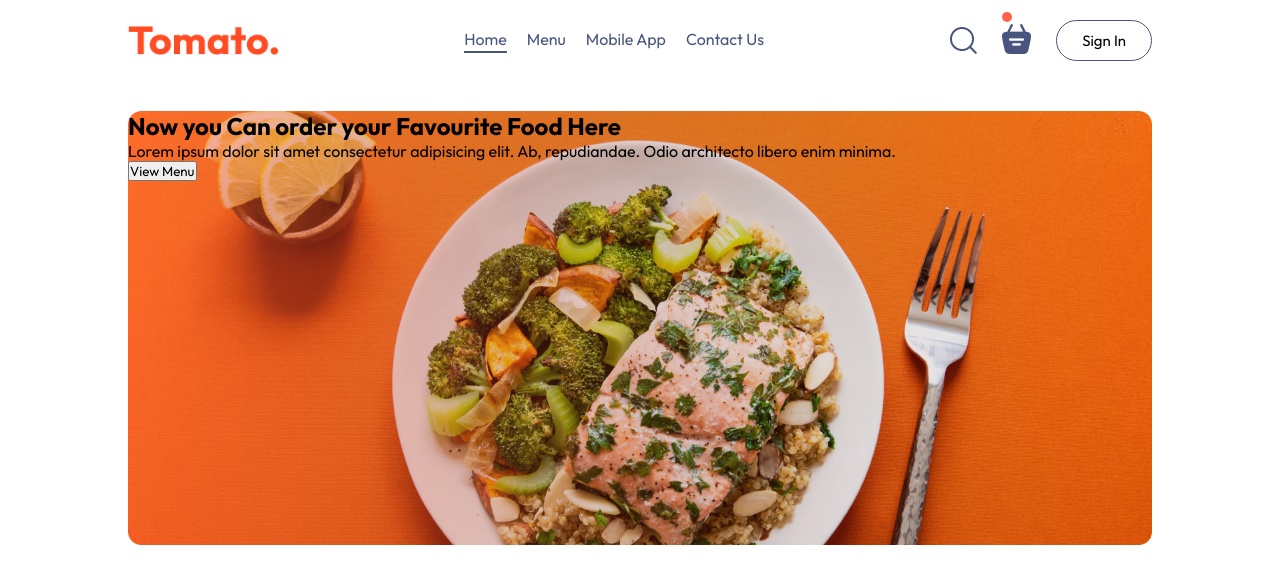
Repository: Attar786/Food-ordering-app
Page: / (app in frontend/)
An editor plug-in stored every save of this project. The page is shown before and after the next save, followed by the edit.
The browser window is 1280 px wide. The pictures show the whole page.
The project was rebuilt for these pictures with package versions that can differ from the ones it lists, and the page was loaded fresh each time. Also part of the build but not shown: frontend/vite.config.js, frontend/src/pages/Cart/Cart.css, frontend/src/pages/Cart/Cart.jsx, frontend/src/pages/PlaceOrder/PlaceOrder.css, frontend/src/pages/PlaceOrder/PlaceOrder.jsx.

Above is the page before, as saved 2024-07-24 20:11:52.

After the next save:
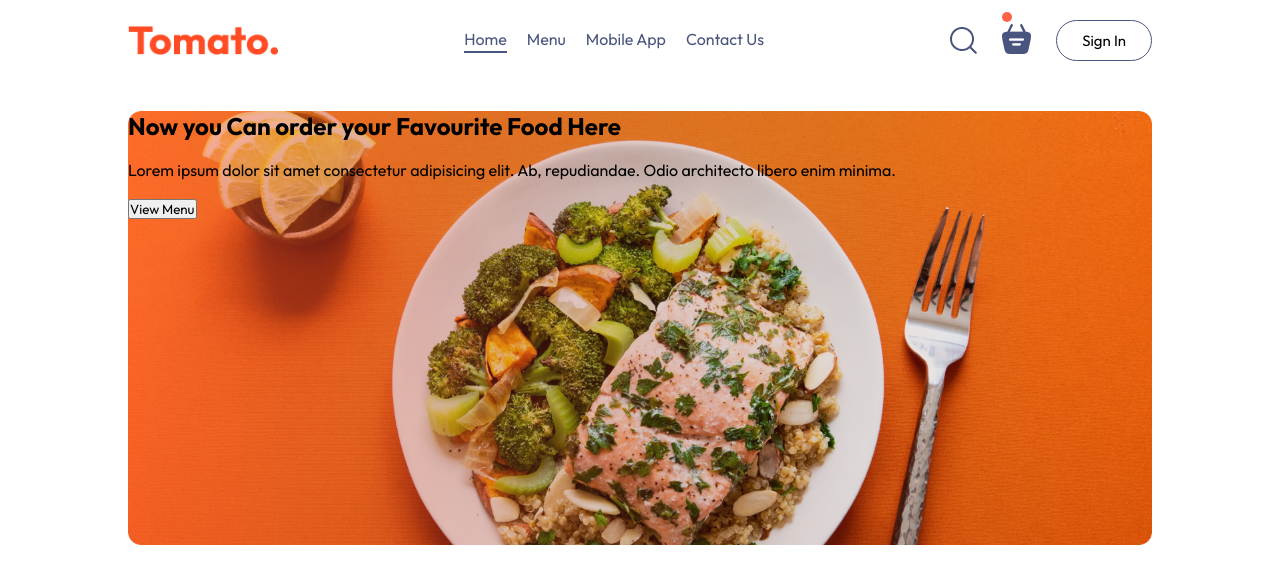
Saved 22 s later.
--- a/frontend/src/components/Header/Header.css
+++ b/frontend/src/components/Header/Header.css
@@ -10,4 +10,5 @@
 display: flex;
 flex-direction: column;
 align-items: start;
+gap: 1.5vw;
 }
